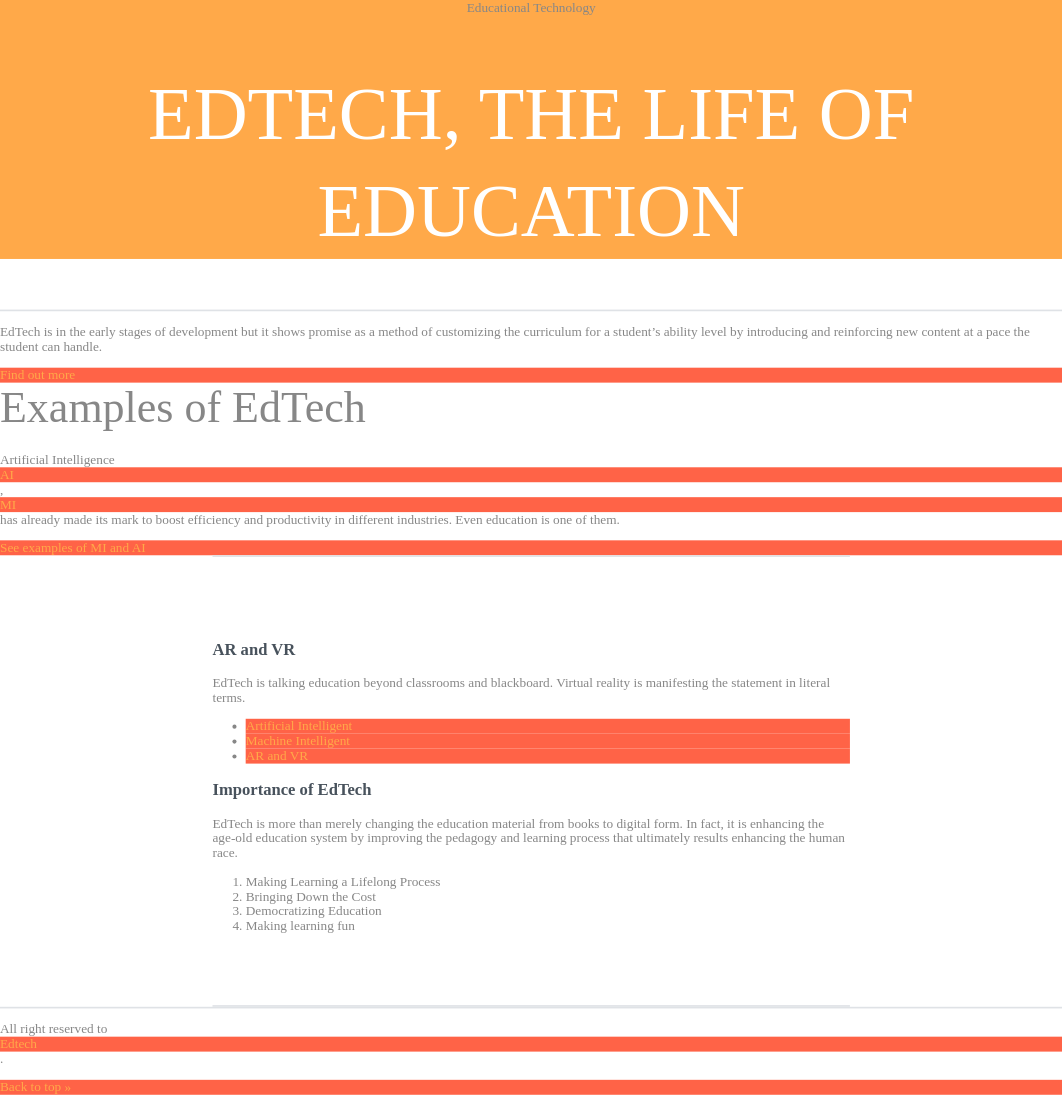
Repository: tunmishyi/edtech
Page: index.html
An editor plug-in stored every save of this project. The page is shown before and after the next save, followed by the edit.
The browser window is 1280 px wide. The pictures show the whole page, at 83% of full size.

Above is the page before, as saved 2020-06-12 01:04:12.

### index.html
<html>
	<head>
		<title>EdTech</title>
		<link rel="stylesheet" href="/home/peterolayinka/Documents/archive/tutorial/jumoke/css/style.css">
	</head>
	<body>
		<header id="top" class="main-header">
			<span class"title">Educational Technology</span>
			<h1>EdTech, The life of Education</h1>
		</header>

		<div class="primary-content, t-border">
			<p>
					EdTech is in the early stages of development but it shows promise as a method of customizing the curriculum for a student’s ability level by introducing and reinforcing new content at a pace the student can handle.
			</p>
			<a href="#more">Find out more</a>
			<h2>Examples of EdTech</h2>
			<p>
				Artificial Intelligence <a href="#">AI</a>, <a href="#">MI</a> has already made its mark to boost efficiency and productivity in different industries. Even education is one of them.
			</p>
			<a href="#" class="callout">See examples of MI and AI</a>
		</div>

		<div class="secondary-content t-border">
			<h3>AR and VR</h3>
				<p>
					EdTech is talking education beyond classrooms and blackboard. Virtual reality is manifesting the statement in literal terms.
				</p>
				<ul>
					<li><a href="#">Artificial Intelligent</a></li>
					<li><a href="#">Machine Intelligent</a></li>
					<li><a href="#">AR and VR</a></li>
				</ul>
				<h3>Importance of EdTech</h3>
				<p>
					EdTech is more than merely changing the education material from books to digital form. In fact, it is enhancing the age-old education system by improving the pedagogy and learning process that ultimately results enhancing the human race.
				</p>
				<ol>
					<li>Making Learning a Lifelong Process</li>
					<li>Bringing Down the Cost</li>
					<li>Democratizing Education</li>
					<li>Making learning fun</li>
				</ol>
			</div>

			<footer id="main-footer" class="t-border">
				<p>All right reserved to <a href="#">Edtech</a>.</p>
				<a href="#top">Back to top &raquo;</a>
			</footer>
	</body>
</html>

### style.css
/*Type Selectors */

body {
   color: #878787;
   margin: 0;
   font-size: 1em;
}

h1 {
    font-size: 5.625rem; /* 90px/16px */
    color: rgba(255, 255, 255, 1);
    text-transform: uppercase;
    font-weight: normal;
    line-height: 1.3;
    }

    h2 {
        font-size: 3.3125em; /* 53px/16px */
        font-weight: normal;
        line-height: 1.1;
        margin: 0 0 .5em; /* 0 0 26px  */
    }

    h3 {
        font-size: 1.25em; /* 20px/16px */
        color: #48525c;
    }

 /* Pseudo classes */
    a:link {
        color: rgb(255, 169, 73);
        text-decoration: none;
        display: block;
        background-color: tomato;
    }

    a:visited {
        color: lightblue;
    }

    a:hover {
        color: rgba(255, 169, 73, .4);
    }

    a:active {
        color: lightcoral;
    }

    /*Main Styles---- */

    .main-header {
        background-color: #ffa949;
       }

    .title {
        color: white;
        font-size: 1.625rem; /* 26px/16px  */
    }

    .primary-content,
    .main-header,
    .main-footer {
        text-align: center;
    }

    .primary-content {
        padding-top: 25px;
        padding-bottom: 95px;
    }

    .secondary-content {
        padding-top: 80px;
        padding-bottom: 70px;
        border-bottom: 2px solid #dfe2e6;
    }

    .main-footer {
        padding-top: 60px;
        padding-bottom: 60px;
        border-bottom: 10px solid #ffa949;
    }

    .t-border {
        border-top: 2px solid #dfe2e6; /* Top Border styles */
    }


    /*Layout styles-----*/

    .primary-content,
    .secondary-content {
        width: 60%;
        margin: auto;
    }

    .wildlife {
        color: white;
        background-color: #434a52;
        padding: 18% 24%;
        border-top: 10px solid #ffa949;
        margin: 105px 0 60px;
     }

    .
    .primary-content,
    .main-header {
        text-align: center;
    }

After the next save:
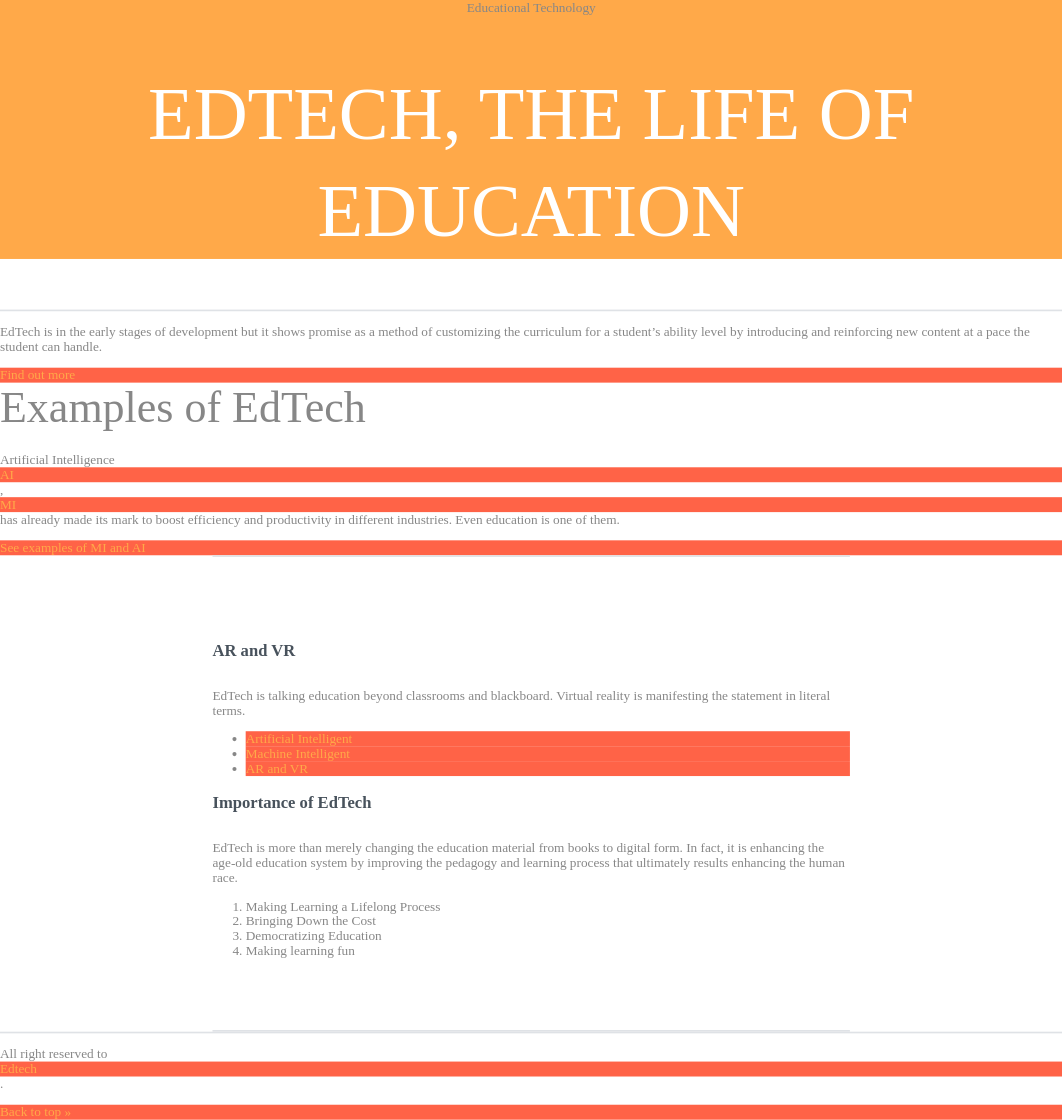
Saved 79 s later.
--- a/style.css
+++ b/style.css
@@ -24,6 +24,8 @@ h1 {
     h3 {
         font-size: 1.25em; /* 20px/16px */
         color: #48525c;
+        line-height: 1.2;
+        margin-bottom: 1.7em; /* 34px */
     }
 
  /* Pseudo classes */
